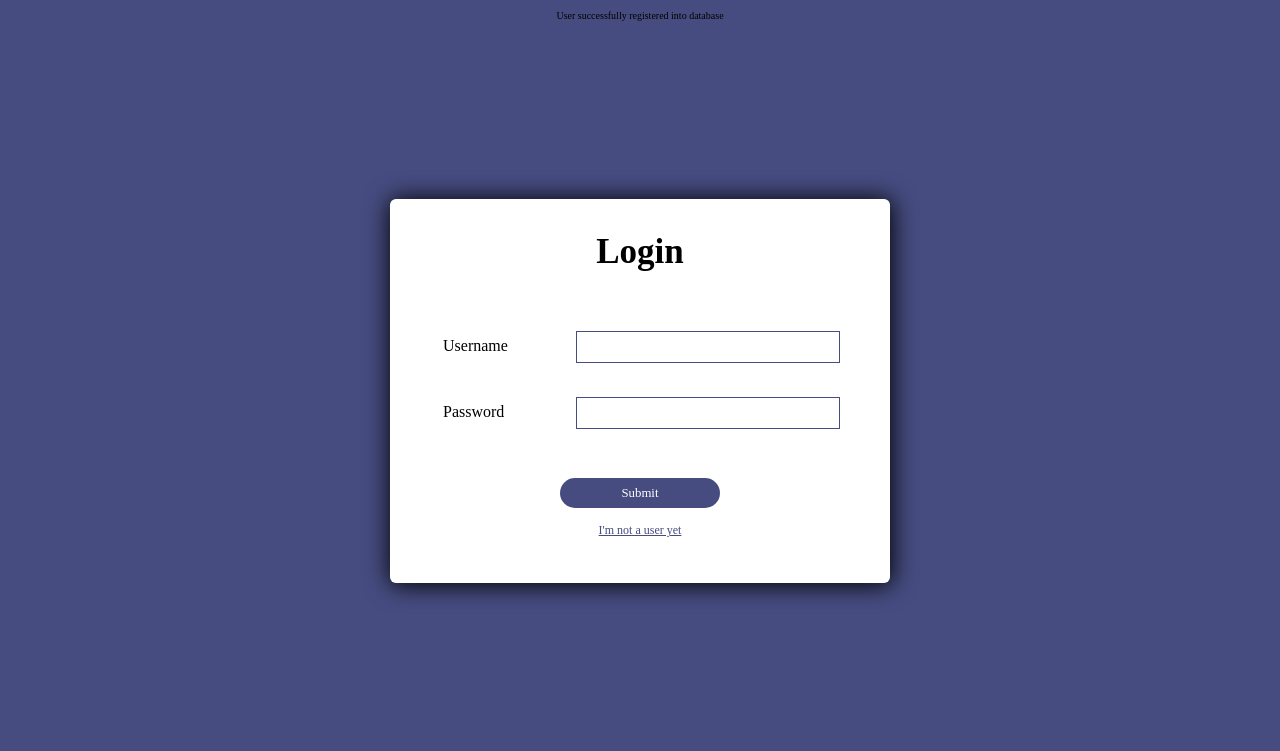
Repository: ivanmirandastavenuiter/jsp-raw-crud
Page: http://localhost/CH33TZ/index.jsp
An editor plug-in stored every save of this project. The page is shown before and after the next save, followed by the edit.
The browser window is 1280 px wide. The pictures show the whole page.
Some web fonts or font styles are not loaded; a fallback is used. The page is served by Tomcat 9.

Above is the page before, as saved 2020-05-12 14:40:20.

After the next save:
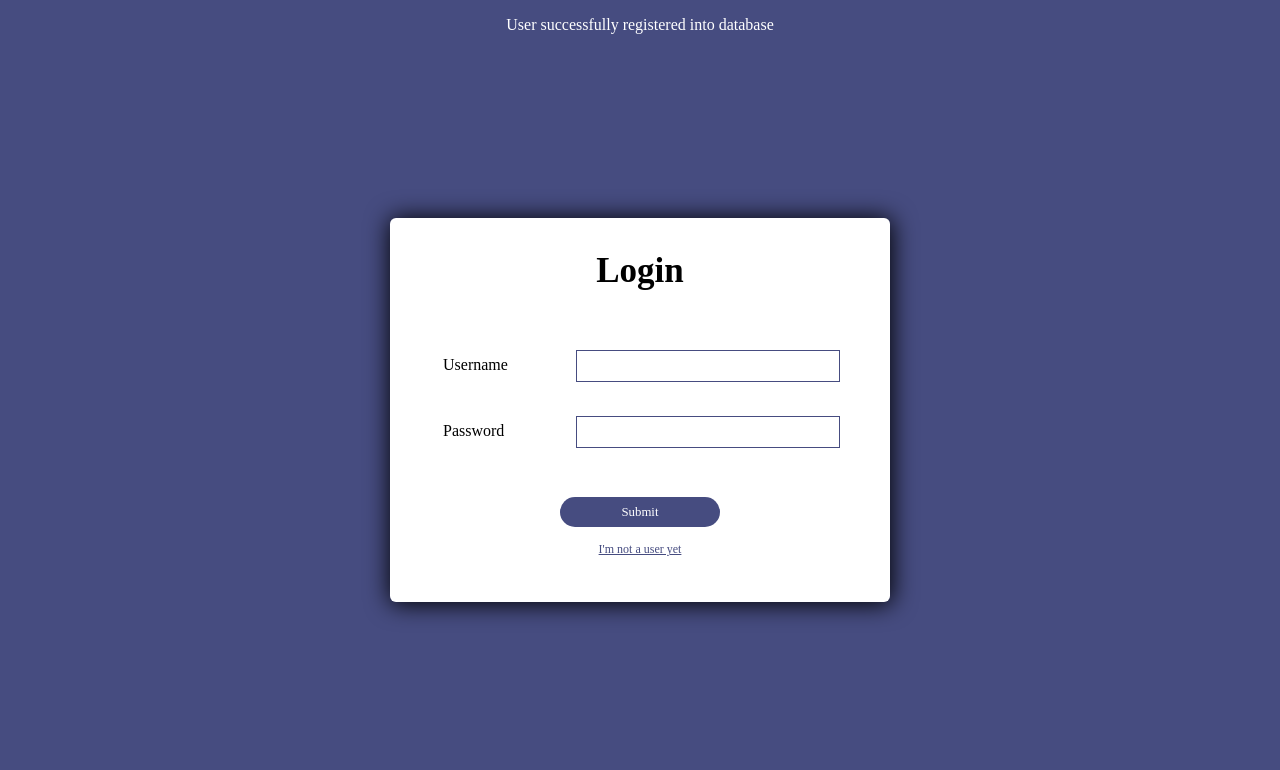
Saved 82 s later.
--- a/CH33TZ/WebContent/index.jsp
+++ b/CH33TZ/WebContent/index.jsp
@@ -41,7 +41,8 @@
 	div.register-result-message {
 		width: 50%;
 		margin: 0 auto;
-
+		font-size: 1.6em;
+		color: #fff;
 	}
 
 	div.register-result-message p {
